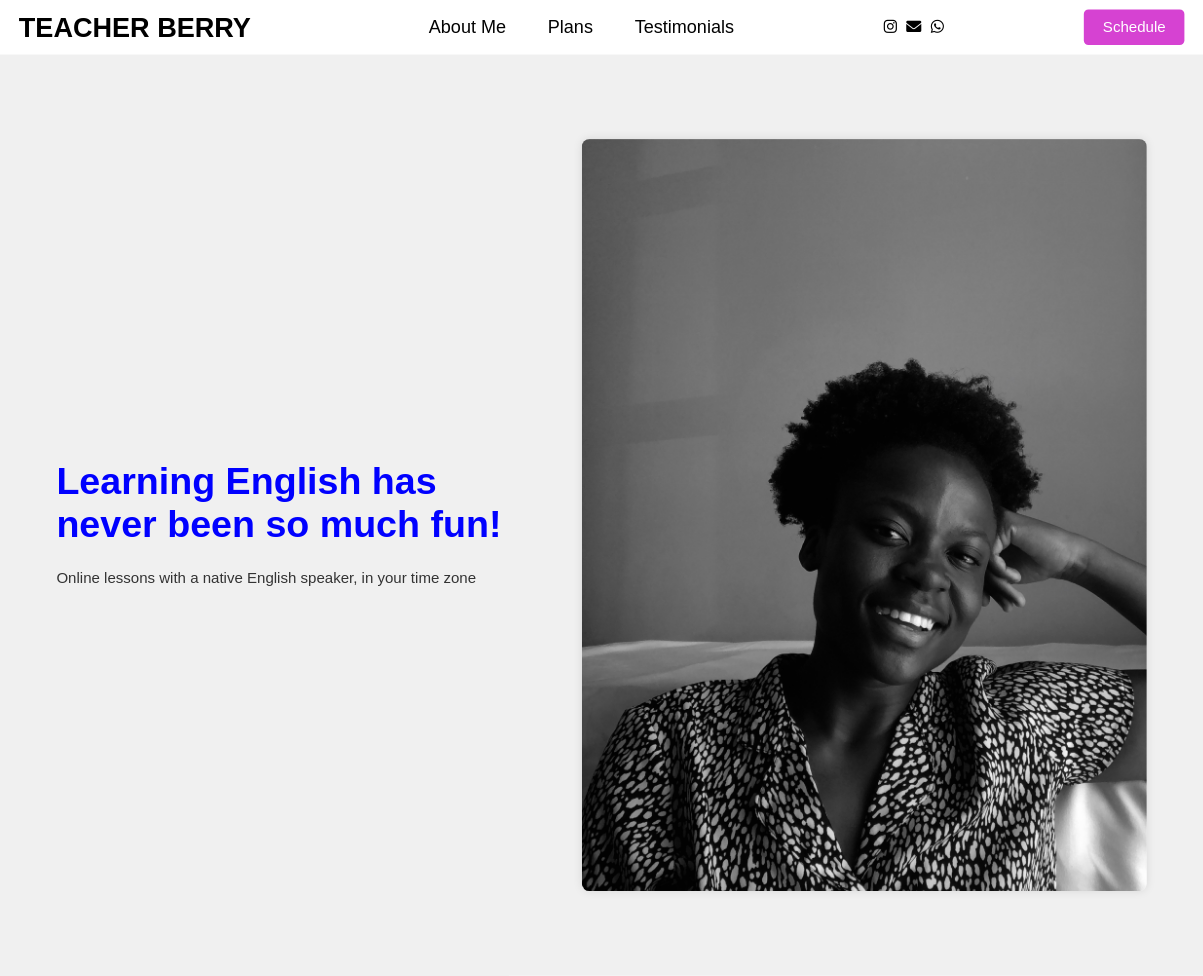
Repository: ntandomagana/esl-landing-page
Page: index.html
An editor plug-in stored every save of this project. The page is shown before and after the next save, followed by the edit.
The browser window is 1280 px wide. The pictures show the whole page, at 94% of full size.

Above is the page before, as saved 2024-07-16 23:38:36.

### index.html
<!DOCTYPE html>
<html lang="en">
<head>
    <meta charset="UTF-8">
    <meta name="viewport" content="width=device-width, initial-scale=1.0">
    <link rel="stylesheet" href="https://cdnjs.cloudflare.com/ajax/libs/font-awesome/6.0.0-beta3/css/all.min.css">

    <title>Berry's English</title>
    <link rel="stylesheet" href="index.css">
</head>
<body>
    <!-- Header Section -->
    <header>
        <div class="header-container">
            <div class="logo">Teacher Berry</div>
            <nav>
                <ul>
                    <li><a href="#about">About Me</a></li>
                    <li><a href="#services">Plans</a></li>
                    <li><a href="#testimonials">Testimonials</a></li>

                </ul>
            </nav>
            <div class="social-links">
                <a href="#" class="social-link"><i class="fab fa-instagram"></i></a>
                <a href="mailto:berry@example.com" class="social-link"><i class="fas fa-envelope"></i></a>
                <a href="https://wa.me/1234567890" class="social-link"><i class="fab fa-whatsapp"></i></a>
            </div>
            <a href="#contact" class="schedule-button">Schedule</a>
        </div>
    </header>

    <!-- Left and right division -->
     <section class="content-section">
        <div class="content-wrapper">
            <div class="left-content">
                <h2>Learning English has <br />
                    never been so much fun!</h2>
                <p>Online lessons with a native English speaker, in your time zone</p>


            </div>
            <a href="#" class="action-button>"Take your first lesson here.</a>

            <div class="right-content">
                <img src="./assets/bwpp.jpg" alt="Teacher Berry's Image">

            </div>
        </div>

     </section>
    </footer>
</body>
</html>

### index.css
/* styles.css */

body {
    font-family: Arial, Helvetica, sans-serif;
    margin: 0;
    padding: 0;
}

.header-container {
    display: flex;
    justify-content: space-between;
    align-items: center;
    padding: 10px 20px;
    background-color: white;

}

.logo {
    font-size: 1.8rem;
    font-weight: bold;
    text-transform: uppercase;
    color: black;
}

nav {
    margin-left: 20px; /* Add margin to the left of the entire nav element */
}

nav ul {
    list-style-type: none;
    padding: 0;
    margin: 0;
}

nav ul li {
    display: inline;
    margin: 20px; /* Adjust margin to add space between list items */
}

nav ul li:last-child {
    margin-right: 0;
}

nav ul li a {
    color: rgb(2, 2, 2);
    text-decoration: none;
    font-size: 1.2rem;
}

.social-links {
    display: flex;
    align-items: center;
}

.social-link {
    margin-left: 10px;
    color: black;
}

.schedule-button {
    padding: 10px 20px;
    background-color: #d642d2;
    color: #fff;
    text-decoration: none;
    border-radius: 5px;
    transition: background-color 0.3s ease;
}

.schedule-button:hover {
    background-color: #489fbc;
}

.content-section {
    background-color: #f0f0f0;
    padding: 50px 0;
    text-align: center;
}

.content-wrapper {
    display: flex;
    justify-content: space-around;
    align-items: stretch;
    max-width: 1200px;
    margin: 20px auto;
}

.left-content {
    flex: 1;
    padding: 20px;
    text-align: left;
    display: flex;
    flex-direction: column;
    justify-content: center;
    align-items: flex-start;
}


.left-content h2 {
    font-size: 2.5rem;
    color: blue;
    margin-bottom: 10px;
    width: 100%;
}

.left-content p {
    font-size: 1rem;
    color: #333;
    width: 100%;
}

.right-content {
    flex: 1;
    padding: 20px;
    text-align: center;
    display: flex;
    justify-content: center;
    align-items: center;
}

.right-content img {
    max-width: 100%;
    height: auto;
    max-height: 800px; /* Example maximum height, adjust as needed */
    border-radius: 8px;
    box-shadow: 0 0 10px rgba(0, 0, 0, 0.1); /* Optional: Adds a subtle shadow */
}

.action-button {
    display: inline-block;
    padding: 10px 20px;
    background-color: #3498db;
    color: #fff;
    text-decoration: none;
    border-radius: 5px;
    transition: background-color 0.3s ease;
    margin-top: 20px; /* Add space above the button */
    position: relative;
     z-index: 1;
}

.action-button:hover {
    background-color: #2980b9;
}

After the next save:
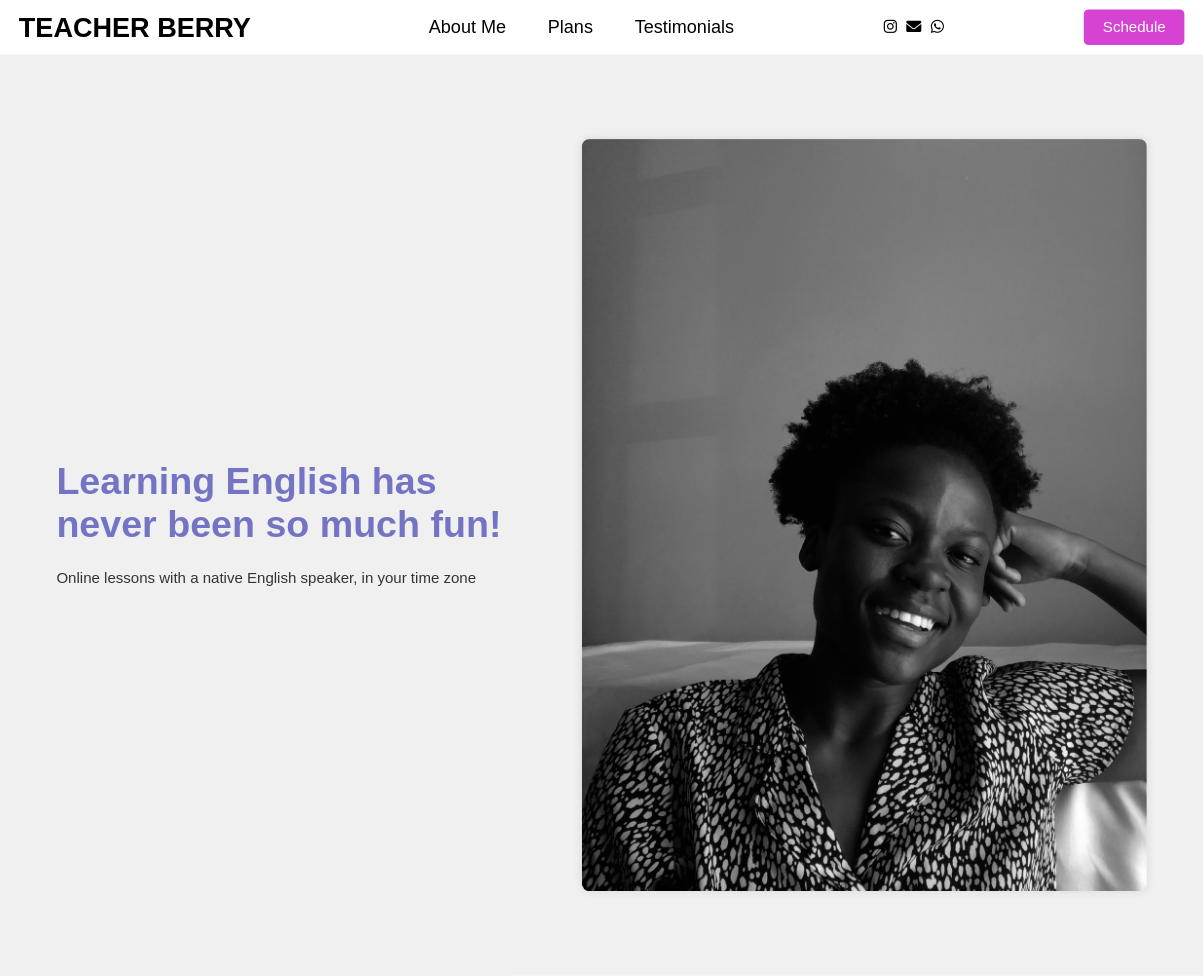
Saved 13 s later.
--- a/index.css
+++ b/index.css
@@ -97,7 +97,7 @@ nav ul li a {
 
 .left-content h2 {
     font-size: 2.5rem;
-    color: blue;
+    color: rgb(116, 116, 196);
     margin-bottom: 10px;
     width: 100%;
 }
